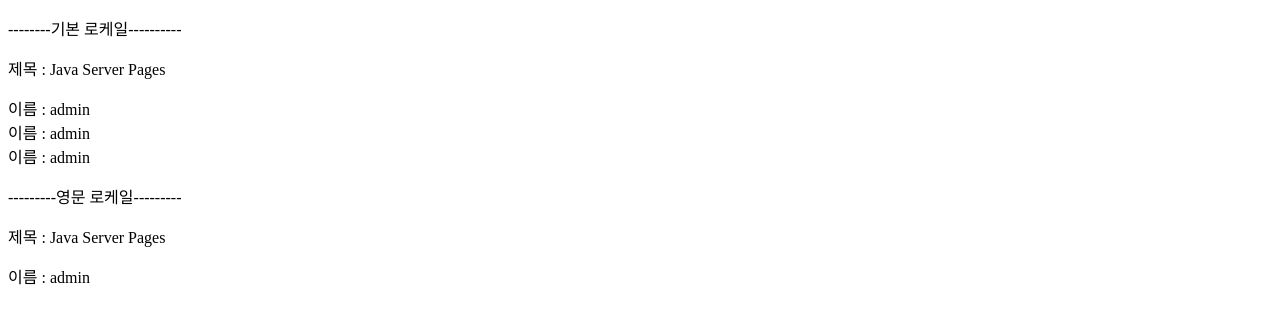
Repository: doyeong123/doyeonggit1
Page: http://localhost/jspbook2/ch09/jstl_fmt01.jsp
These files come from the project's save history. The page is drawn as it stood at one moment and after the next save; the edit follows.
The browser window is 1280 px wide. The pictures show the whole page.
The page is served by Tomcat 9.

Above is the page before, as saved 2023-12-12 08:21:42.

After the next save:
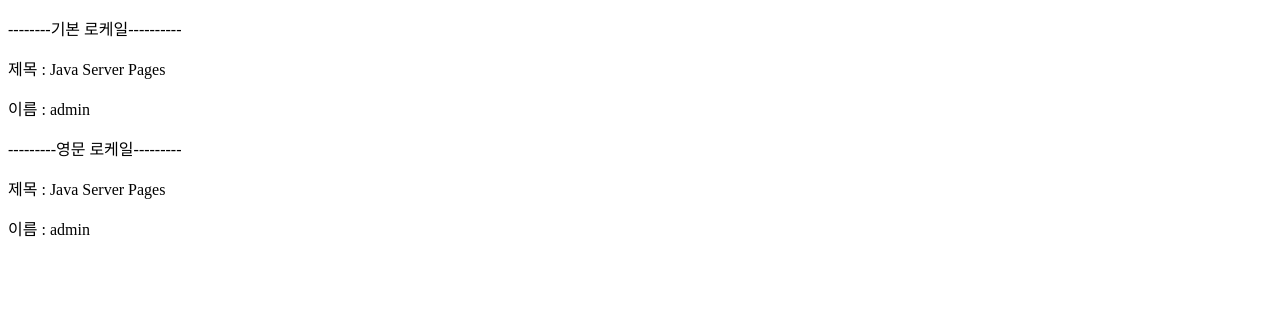
Saved 48 s later.
--- a/jsp/jspbook2/src/main/webapp/ch09/jstl_fmt01.jsp
+++ b/jsp/jspbook2/src/main/webapp/ch09/jstl_fmt01.jsp
@@ -12,11 +12,9 @@
 
 		<fmt:setBundle basename="bundle.myBundle"
 		 var="resourceBundle"/>
-	<p> 제목 : <fmt:message key="title" bundle="${resourceBundle}"/></p>
+	<p> 제목 : <fmt:message key="title" bundle="${resourceBundle}"/>
 	<p> <fmt:message key="username" var="userMsg" bundle="${resourceBundle}"/>
 
-		이름 : ${userMsg}<br>
-		이름 : ${userMsg}<br>
 		이름 : ${userMsg}
 
 	<p>---------영문 로케일---------
